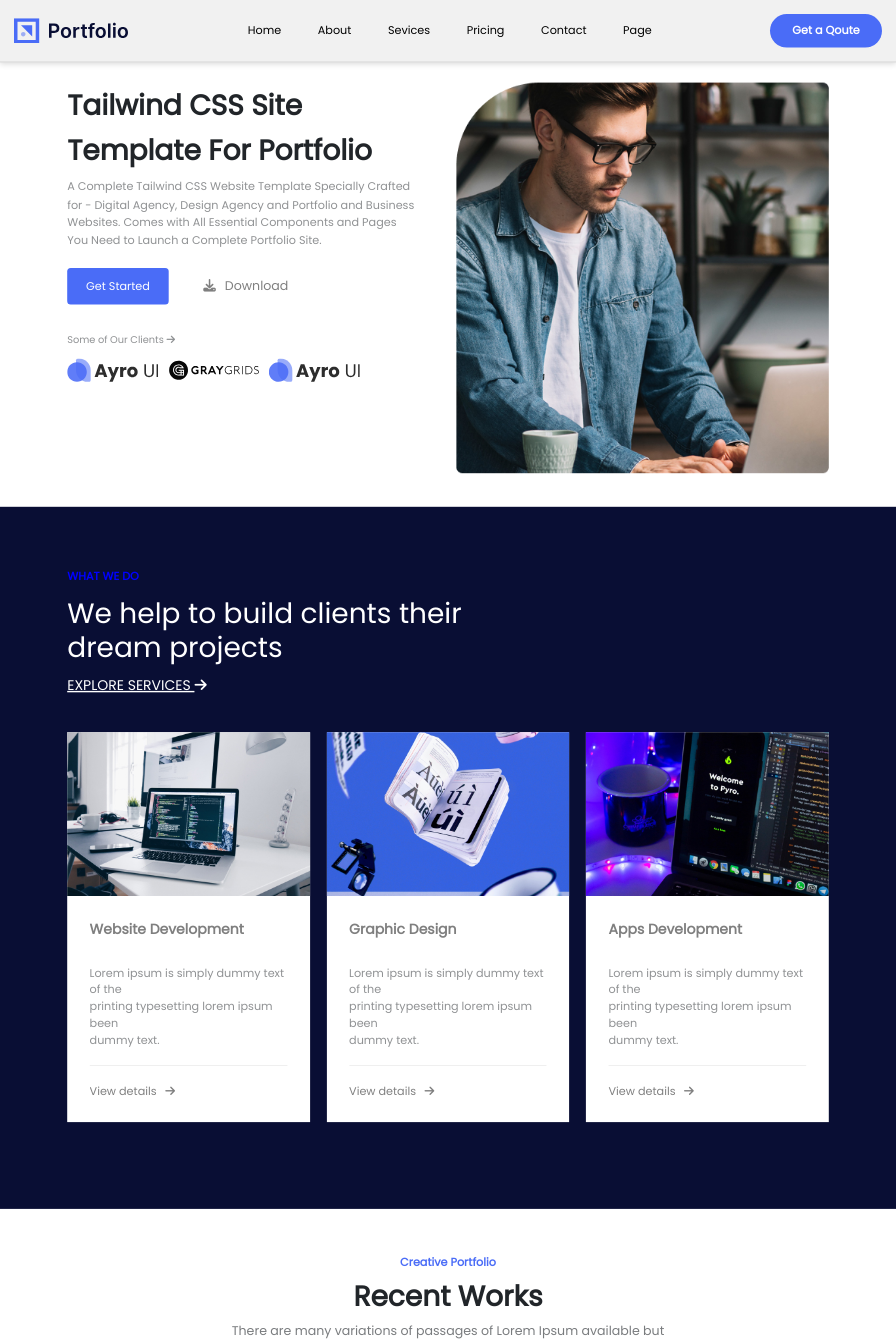
Repository: Vanthuy2002/My-Portfolio
Page: index.html
The author's editor kept a copy of each file at every save. The page is drawn from the files as they stood at one save, then again after a run of saves.
The browser window is 1280 px wide. The pictures show the part of the page from y = 0 to 1920 px (the page is 5652 px tall before and 5676 px after), at 70% of full size.

Above is the page before, as saved 2023-01-17 15:14:28.

After the next 2 saves:
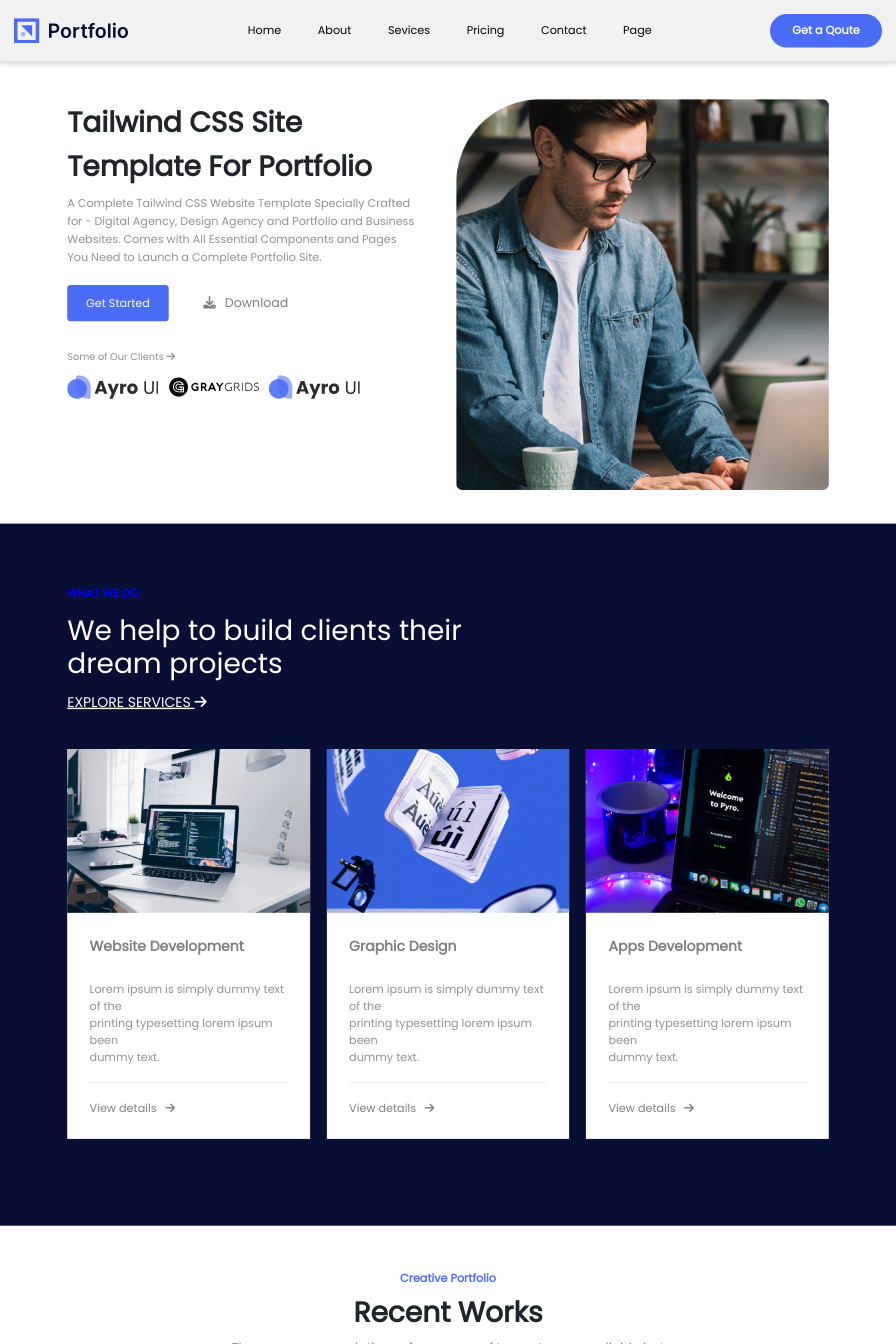
The 2 saves are shown as one change because they came seconds apart.
The last was saved 44 s later.
--- a/index.html
+++ b/index.html
@@ -48,6 +48,7 @@
         </div>
 
         <!-- menu reponsive -->
+        .menu__re
         <div class="offcanvas offcanvas-start" tabindex="-1" id="offcanvasExample" aria-labelledby="offcanvasExampleLabel">
             <div class="offcanvas-header">
               <h5 class="offcanvas-title" id="offcanvasExampleLabel">Offcanvas</h5>
